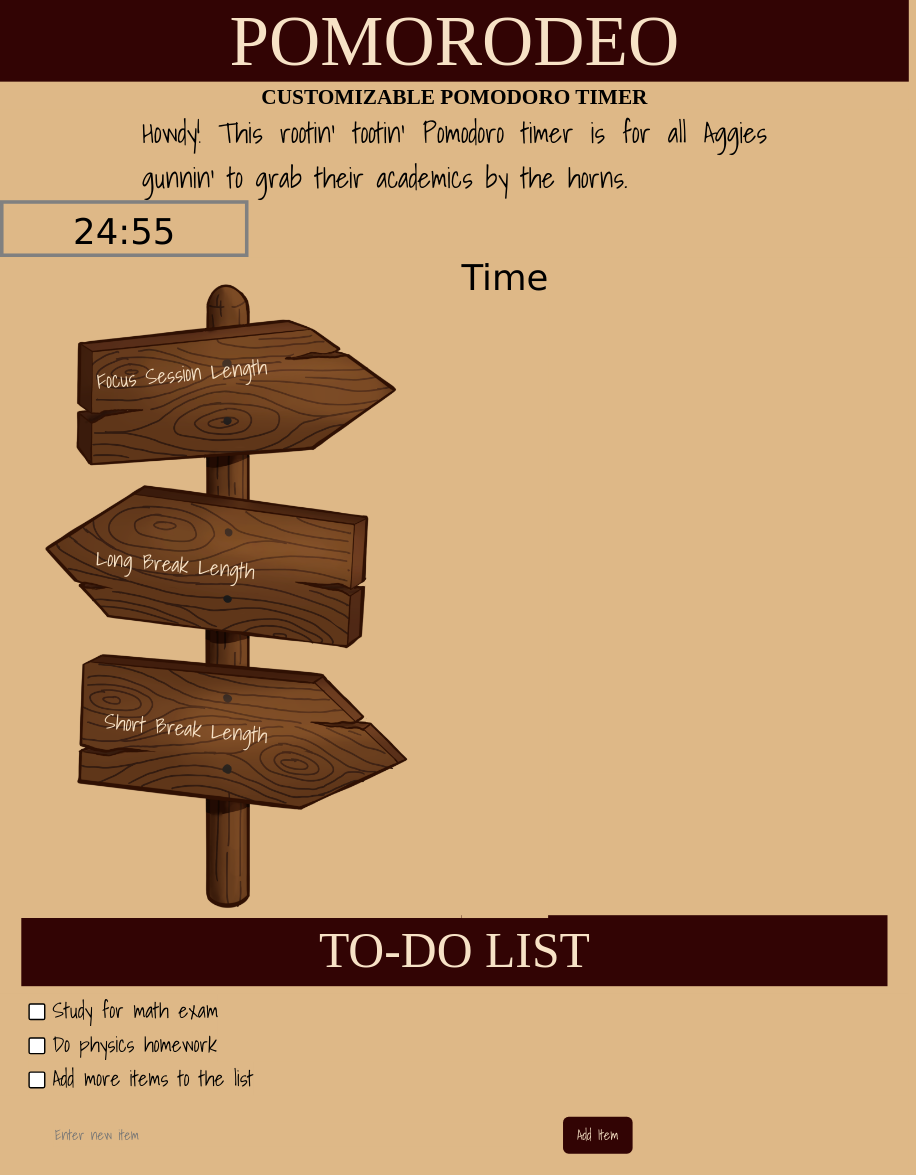
Repository: riya10483/pomodoro
Page: pomorodeo.html
These files come from the project's save history. The page is drawn as it stood at one moment and after the next save; the edit follows.
The browser window is 1280 px wide. The page is 1290 px wide, so the pictures cover 1290 px, including what lies to the right of the window. The pictures show the whole page, at 71% of full size.
Some web fonts or font styles are not loaded; a fallback is used.

Above is the page before, as saved 2024-09-28 23:43:02.
Console error: SyntaxError: Identifier 'startTiming' has already been declared

After the next save:
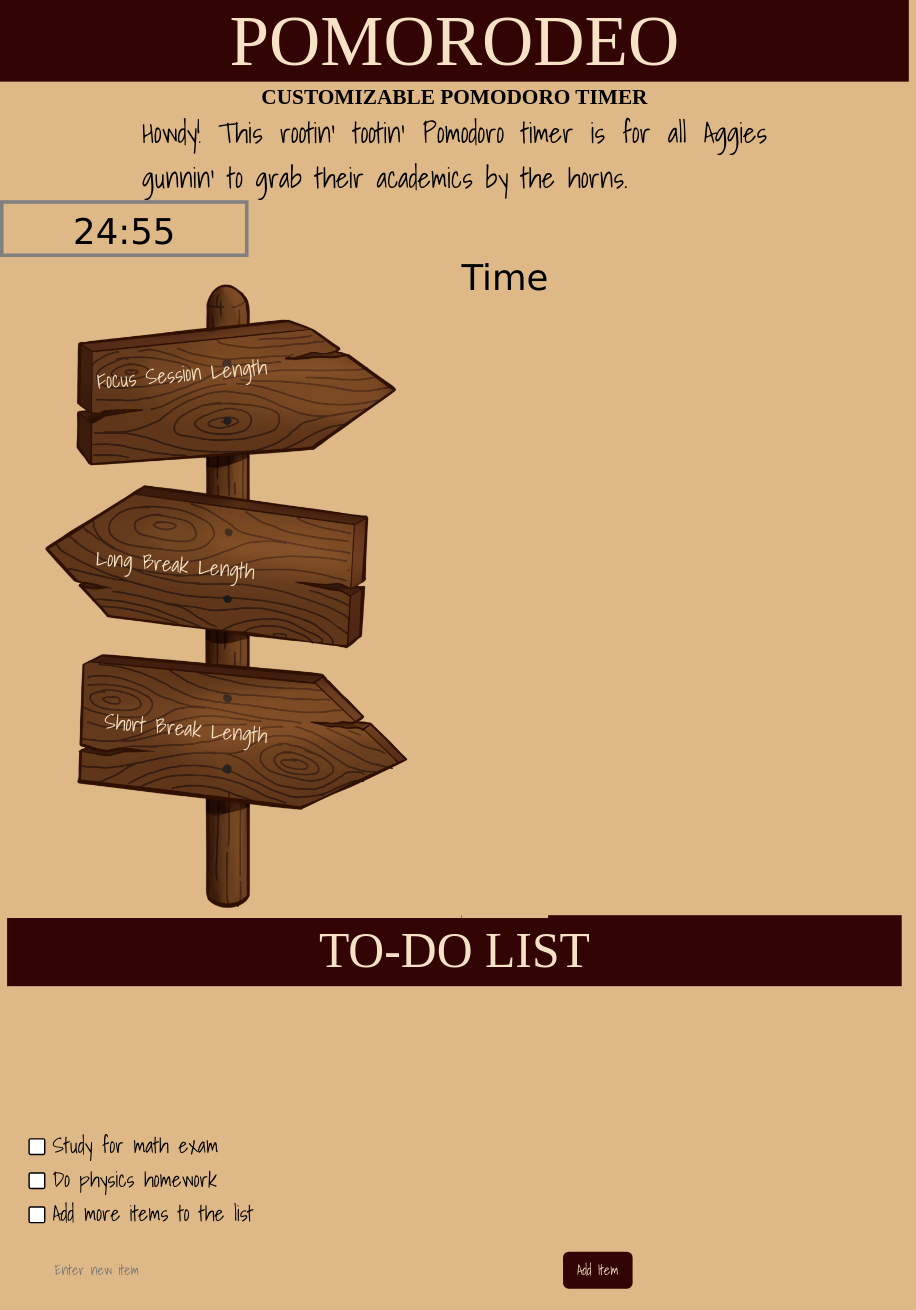
Saved 117 s later.
--- a/pomorodeo.css
+++ b/pomorodeo.css
@@ -13,7 +13,7 @@
     font-family: Rye;
     font-size: 70px;
     border: 0px;
-    margin: 200px 30px 10px;
+    margin: 200px 10px;
 }
 
 li {

After the save that followed:
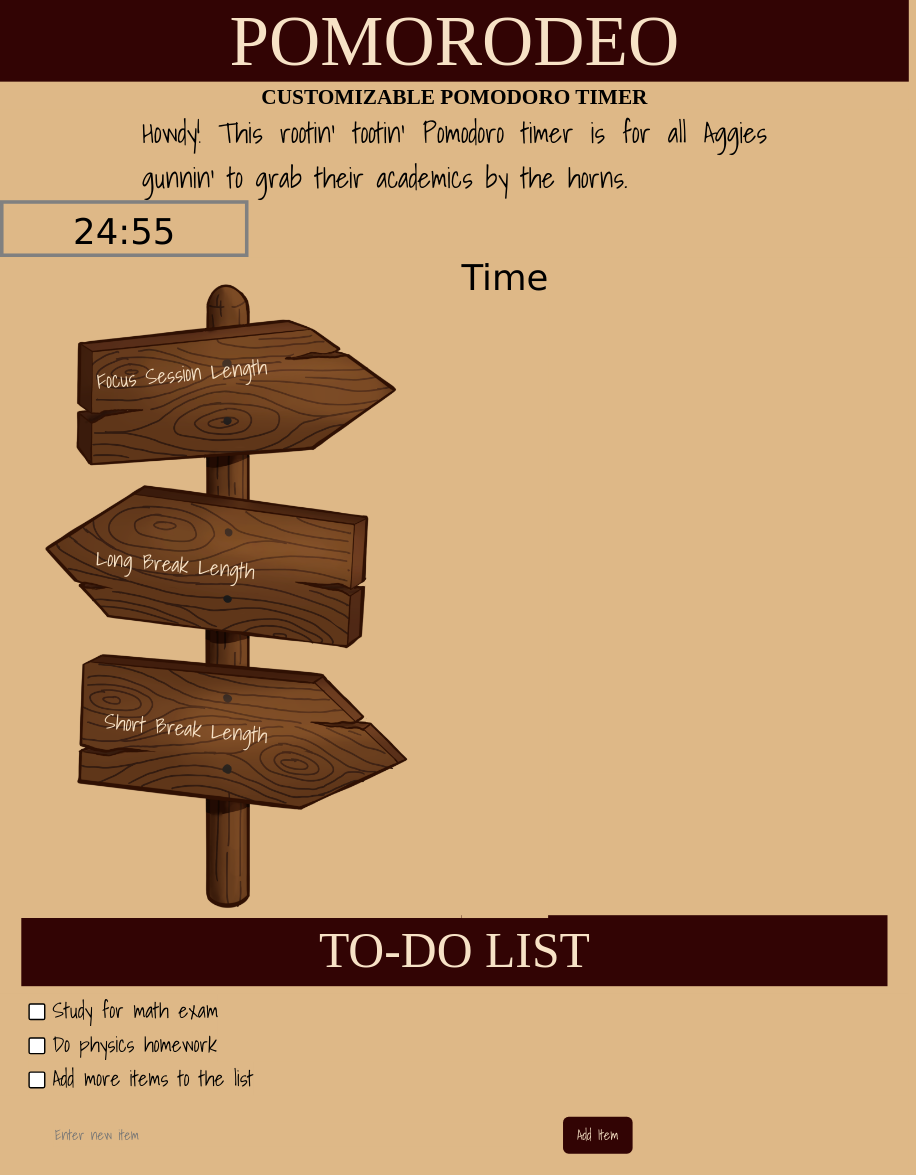
Saved 6 s later.
--- a/pomorodeo.css
+++ b/pomorodeo.css
@@ -13,7 +13,7 @@
     font-family: Rye;
     font-size: 70px;
     border: 0px;
-    margin: 200px 10px;
+    margin: 200px 30px 10px;
 }
 
 li {
